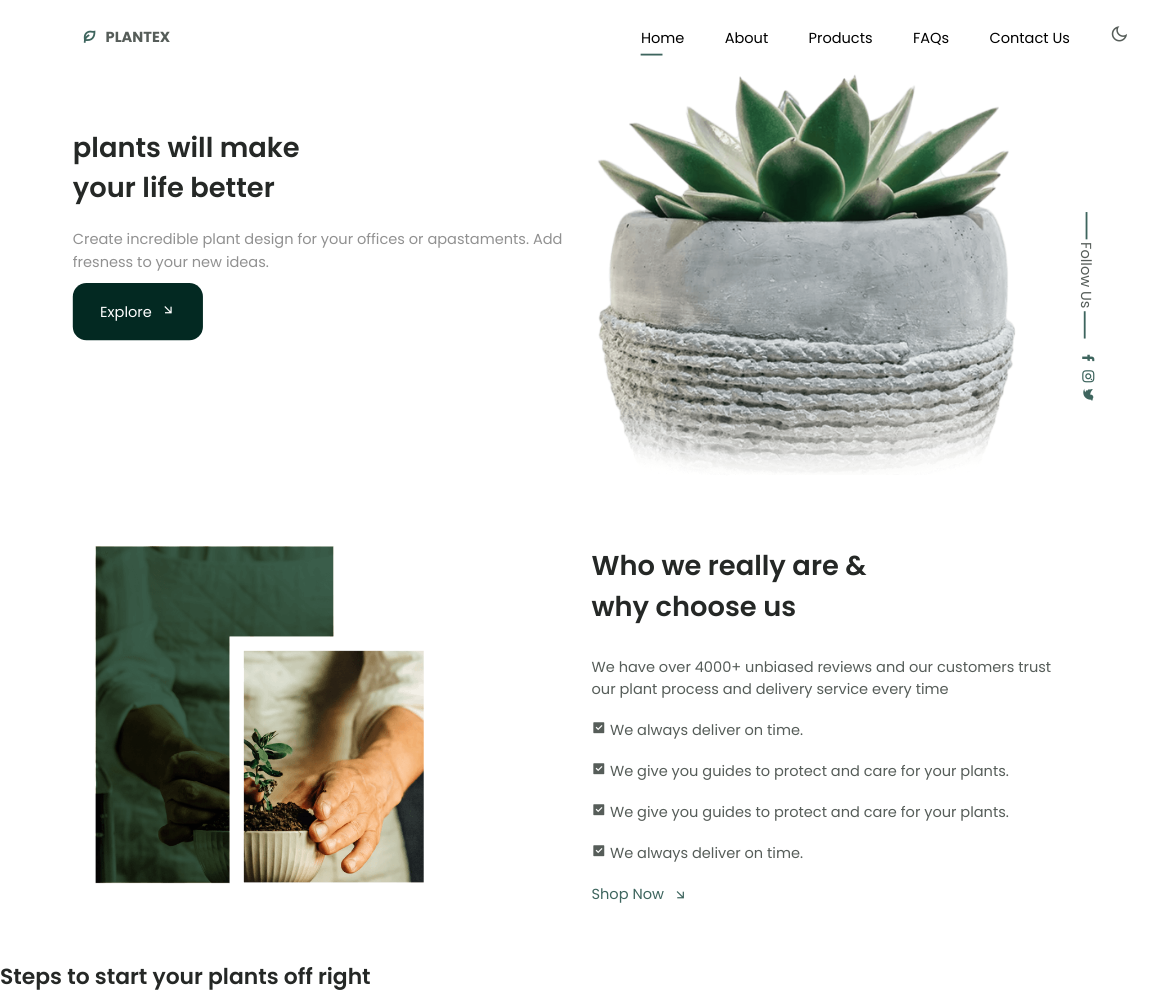
Repository: OmniaRafat232111121/plantwebsite
Page: index.html
These files come from the project's save history. The page is drawn as it stood at one moment and after the next save; the edit follows.
The browser window is 1280 px wide. The pictures show the whole page, at 91% of full size.

Above is the page before, as saved 2023-01-05 00:42:53.

### index.html
<!DOCTYPE html>
<html lang="en">
<head>
    <meta charset="UTF-8">
    <meta http-equiv="X-UA-Compatible" content="IE=edge">
    <meta name="viewport" content="width=device-width, initial-scale=1.0">
    <title>plant-website</title>
      <!--icon web-->
    <link rel="shortcut icon" href="assets/img/favicon.png" type="image/x-icon">
    <!--css style-->
    <link rel="stylesheet" href="./assets/css/styles.css">
    <!--remix icon-->
    <link href="https://cdn.jsdelivr.net/npm/remixicon@2.5.0/fonts/remixicon.css" rel="stylesheet">
</head>
<body>
<!--header-->
<header class="header" id="header">
<div class="container-header">
    <a class="nav_logo">
   <i class="ri-leaf-line nav_logo-icon "></i>Plantex
</a>

<nav class="nav_menu" id="nav_menu">
    <ul class="nav_list" id="nav_list">
        <li class="nav_item" id="nav_item">
                            <a href="#home" class="nav_link active-link">Home</a>
                        </li>
                        <li class="nav__item">
                            <a href="#about" class="nav_link">About</a>
                        </li>
                        <li class="nav__item">
                            <a href="#products" class="nav_link">Products</a>
                        </li>
                        <li class="nav__item">
                            <a href="#faqs" class="nav_link">FAQs</a>
                        </li>
                        <li class="nav__item">
                            <a href="#contact" class="nav_link">Contact Us</a>
                        </li>
                        <li class="mood">
       <i class= "ri-moon-line change-theme" id="theme-button"></i>

    </li>



    </ul>

    <div class="nav-close" id="nav_close">
        <i class="ri-close-line"></i>

    </div>
    <div  class="nav-btns">
   <i class= "ri-moon-line change-theme" id="theme-button"></i>
    <div class="nav-toggle" id="navToggle">
      <i class="ri-menu-line"></i>
    </div>
   </div>
    </div>
</nav>
</div>

</header>


    <!--home start-->
    <section class="home" id="home">
        <div class="home-container">
            <div class="left-content">
                <h1 class="home-title">plants will make <br>
                    your life better</h1>
                <p class="home-des">Create incredible plant design for your offices or apastaments. Add fresness to your new ideas.</p>
              <a>Explore<i class="ri-arrow-right-down-line button__icon"></i></a>
            </div>
            <div class="right-content">
            <img src="./assets/img/home.png" alt=""/>
            <div class=social_icons>
                 <span class="home__social-follow">Follow Us</span>

                        <div class="home__social-links">
                            <a href="https://www.facebook.com/" target="_blank" class="home__social-link">
                                <i class="ri-facebook-fill"></i>
                            </a>
                            <a href="https://www.instagram.com/" target="_blank" class="home__social-link">
                                <i class="ri-instagram-line"></i>
                            </a>
                            <a href="https://twitter.com/" target="_blank" class="home__social-link">
                                <i class="ri-twitter-fill"></i>
                            </a>
                        </div>

            </div>

        </div>

    </section>
 <!--home end-->
 <!--about start-->
 <section class="about" id="about">
    <div class="about-container">
        <div class="left-about">
          <img src="./assets/img/about.png" alt="image-about"/>
        </div>
        <div class="right-about">
            <h2 class="about-title">Who we really are &<br>why choose us</h2>
            <p class="about-desc">We have over 4000+ unbiased reviews and our customers trust our plant process and delivery service every time</p>
             <div class="about-deatails">
                <p class="about-description">
                      <i class="ri-checkbox-fill about__details-icon"></i>
                       We always deliver on time.
                </p>
                 <p class="about-description">
                      <i class="ri-checkbox-fill about__details-icon"></i>
                      We give you guides to protect and care for your plants.
                </p>

                 <p class="about-description">
                      <i class="ri-checkbox-fill about__details-icon"></i>
                      We give you guides to protect and care for your plants.
                </p>

                 <p class="about-description">
                      <i class="ri-checkbox-fill about__details-icon"></i>
                       We always deliver on time.
                </p>


             </div>
              <a href="#" class="button-link">
                            Shop Now <i class="ri-arrow-right-down-line button__icon"></i>
                        </a>
        </div>

    </div>

 </section>

 <!--about end-->
 <section class="steps">
    <div class="steps-container">
        <h2>Steps to start your
plants off right</h2>

    </div>

 </section>
   <script src="./assets/js/main.js"></script>
</body>
</html>

### assets/css/styles.css
/*=============== GOOGLE FONTS ===============*/
@import url('https://fonts.googleapis.com/css2?family=Poppins:wght@400;500;600;700&display=swap');

/*=============== VARIABLES CSS ===============*/
:root {
  --header-height: 3.5rem; /*56px*/

  /*========== Colors ==========*/
  /*Color mode HSL(hue, saturation, lightness)*/
  --black:#000;
  --green:#3e655e;
  --bold-green:#032922;
  --hue: 152;
  --first-color: hsl(var(--hue), 24%, 32%);
  --first-color-alt: hsl(var(--hue), 24%, 28%);
  --first-color-light: hsl(var(--hue), 24%, 66%);
  --first-color-lighten: hsl(var(--hue), 24%, 92%);
  --title-color: hsl(var(--hue), 4%, 15%);
  --text-color: hsl(var(--hue), 4%, 35%);
  --text-color-light: hsl(var(--hue), 4%, 55%);
  --body-color: hsl(var(--hue), 0%, 100%);
  --container-color: #FFF;

  /*========== Font and typography ==========*/
  /*.5rem = 8px | 1rem = 16px ...*/
  --body-font: 'Poppins', sans-serif;
  --big-font-size: 2rem;
  --h1-font-size: 1.5rem;
  --h2-font-size: 1.25rem;
  --h3-font-size: 1rem;
  --normal-font-size: .938rem;
  --small-font-size: .813rem;
  --smaller-font-size: .75rem;

  /*========== Font weight ==========*/
  --font-medium: 500;
  --font-semi-bold: 600;

  /*========== Margenes Bottom ==========*/
  /*.5rem = 8px | 1rem = 16px ...*/
  --mb-0-5: .5rem;
  --mb-0-75: .75rem;
  --mb-1: 1rem;
  --mb-1-5: 1.5rem;
  --mb-2: 2rem;
  --mb-2-5: 2.5rem;

  /*========== z index ==========*/
  --z-tooltip: 10;
  --z-fixed: 100;
}

/* Responsive typography */
@media screen and (min-width: 968px) {
  :root {
    --big-font-size: 3.5rem;
    --h1-font-size: 2.25rem;
    --h2-font-size: 1.5rem;
    --h3-font-size: 1.25rem;
    --normal-font-size: 1rem;
    --small-font-size: .875rem;
    --smaller-font-size: .813rem;
  }
}

/*=============== BASE ===============*/
*{
  box-sizing: border-box;
  padding: 0;
  margin: 0;
}

html{
  scroll-behavior: smooth;
}

body,
button,
input,
textarea{
  font-family: var(--body-font);
  font-size: var(--normal-font-size);
}

body{
  margin: var(--header-height) 0 0 0;
  background-color: var(--body-color);
  color: var(--text-color);
  transition: .4s; /*For animation dark mode*/
}

button{
  cursor: pointer;
  border: none;
  outline: none;
}

h1,h2,h3{
  color: var(--title-color);
  font-weight: var(--font-semi-bold);
}

ul{
  list-style: none;
}

a{
  text-decoration: none;
}

img{
  max-width: 100%;
  height: auto;
}
/*========== resuable component ==========*/



/*========Header========*/
 header{
  background-color: #fff;
  position: fixed;
  top:0;
  left:0;
  width:100%;
  z-index:1000;
  transition: 0.3s;
}
.container-header{
  display:flex;
  align-items: center;
  justify-content: space-between;
  height:var(--header-height);
  padding:40px;
}
.nav_menu{

}
.nav_logo{
  text-transform: uppercase;
  display:inline-flex;
  align-items: center;
  column-gap: 10px;
  font-weight: bold;
  margin-left: 50px;
  cursor: pointer;
}
.nav_logo:hover{
  color:var(--green);
}
.nav_logo-icon{
   color:var(--green);
}
.nav_logo i:hover{
  color:var(--black);
}
nav ul li {
  display: inline-block;
  cursor: pointer;
  margin-left: 40px;
}
nav ul li a{
  color:var(--black);


}
.nav-btns{
  display: none;
}
.mood{
  margin-left: 40px;
  font-size: 20px;

}

.nav-close
{

  font-size: 1.5rem;
  position: relative;
  top: 70px;
  right: 1.25rem;
  cursor: pointer;
  display: none;


}

.nav-btns{
  font-size: 20px;
  cursor: pointer;
}
.active-link{
  position: relative;
  color: var(--black);
}
.active-link::after{
  content: '';
  position: absolute;
  bottom: -8px;
  left: 0;
  width: 50%;
  height: 2px;
  background-color: var(--green);
}
.nav_link:hover{
 color: var(--green);
 transition: 0.3s;
}
@media screen and (max-width: 767px){
.nav_list{
display: none;
}
.nav_logo{
  margin-left: -10px;
}

.nav-btns{
  display:inline-flex;
  align-items: center;
  column-gap: 20px;
  font-weight: bold;
  margin-right: -10px;
  cursor: pointer;
}

  .show-menu{

     position: fixed;
    background-color:#fff;
    width: 100%;
    height: 50%;
    top: 80px;
    right: 0px;
    transition: .3s;
    z-index: 1000;
    display:grid;
    justify-content: center;
    text-align: center;

 padding: 10px;




  }
  .show-menu {

  }
  .show-menu .mood .ri-moon-line{
    display: none;
  }




}

/*=====home======*/
.home{
  padding: 0 80px;
  position:relative;

}
.home-container{
display:grid;
grid-template-columns: repeat(auto-fit, minmax(250px, 1fr));
grid-gap:30px;
margin-top: 70px;

}
.home-container .left-content{
  margin-top: 70px;
}
.home-container .left-content .home-title{
  font-size: 30px;
}
.home-container .left-content .home-des{
  color:rgb(145, 145, 145);
  margin-top: 20px;
  margin-bottom: 30px;
}
.home-container .left-content a{
  background-color: var(--bold-green);
  color:#fff;
  padding:20px 30px;
  border-radius: 15px;

}
.home-container .left-content  i{
  margin-left: 10px;
}
.right-content img{
  max-width: 100%;
  width:85%;
  justify-self: center;
}

.social_icons{
  position: absolute;
  top: 220px;
  right: 50px;
  display: grid;
  justify-items: center;
  row-gap: 3.5rem;

}
.home__social-links {
  margin-top: 30px;

}
.home__social-links a{
 color:var(--green);
}
.home__social-links a:hover{
color:var(--black);
}
.home__social-follow{
  position:relative;
  transform: rotate(90deg);
}
.home__social-follow::before{
content: '';
  position: absolute;
  width: 30px;
  height: 2px;
  background-color: var(--green);
  right: -45%;
  top: 50%;
}
.home__social-follow::after{
content: '';
  position: absolute;
  width: 30px;
  height: 2px;
  background-color: var(--green);
  left: -45%;
  bottom: 50%;
}
.home__social-links{
    transform: rotate(90deg);
}
.left-content a:hover{
  background-color:#032922;
  color: #fff;
  cursor: pointer;

}
/*======about=======*/
.about{
  position: relative;
  padding:60px 100px;
}
.about-container{
  display:grid;
grid-template-columns: repeat(auto-fit, minmax(300px, 1fr));
grid-gap:20px;

}
.about-container .left-about img{
  max-width: 100%;
  width:70%;
}
.about-container .right-about .about-title{
  font-size: 30px;
  margin-bottom: 30px;

}
.about-container .right-about .about-desc{
  margin-bottom:20px;

}
.about-container .right-about .about-deatails .about-description{
  padding-bottom: 20px;
}
.about-container .button-link{
  color:var(--green);

}
.about-container .button-link{
  display:inline-flex;
  align-items: center;
  column-gap: 10px;

 color:var(--green);
  cursor: pointer;
}
.about-container .button-link:hover i{

color: var(--bold-green);

}
@media(max-width:767px){
  .right-about.about-title h2{
    font-size: 10px;

  }
  .right-about{
    font-size: 16px;

  }
  .about-container{
    margin-top: 30px;
  }
}
/*=======change-header========*/
.change-header{
  background-color: #3e655e;
  color:#fff;
}
.change-header .nav_logo i{
  color:#fff;
}
.change-header .nav_logo:hover{
  color:var(--bold-green);
}
.change-header .nav_link:hover{
  color:#fff;
}

### assets/js/main.js
let navMenu = document.getElementById('nav_menu');
let navList = document.getElementById('nav_list');
let navItem = document.getElementById('nav ul li');
let closeButton = document.getElementById('nav_close');
let navToggle = document.getElementById('navToggle');
const header = document.getElementById('header');
navToggle.addEventListener('click', function () {
    navList.classList.toggle('show-menu');


})
/*change background header*/
window.addEventListener('scroll', function () {
   header.classList.toggle("change-header",window.scrollY > 40)
})

After the next save:
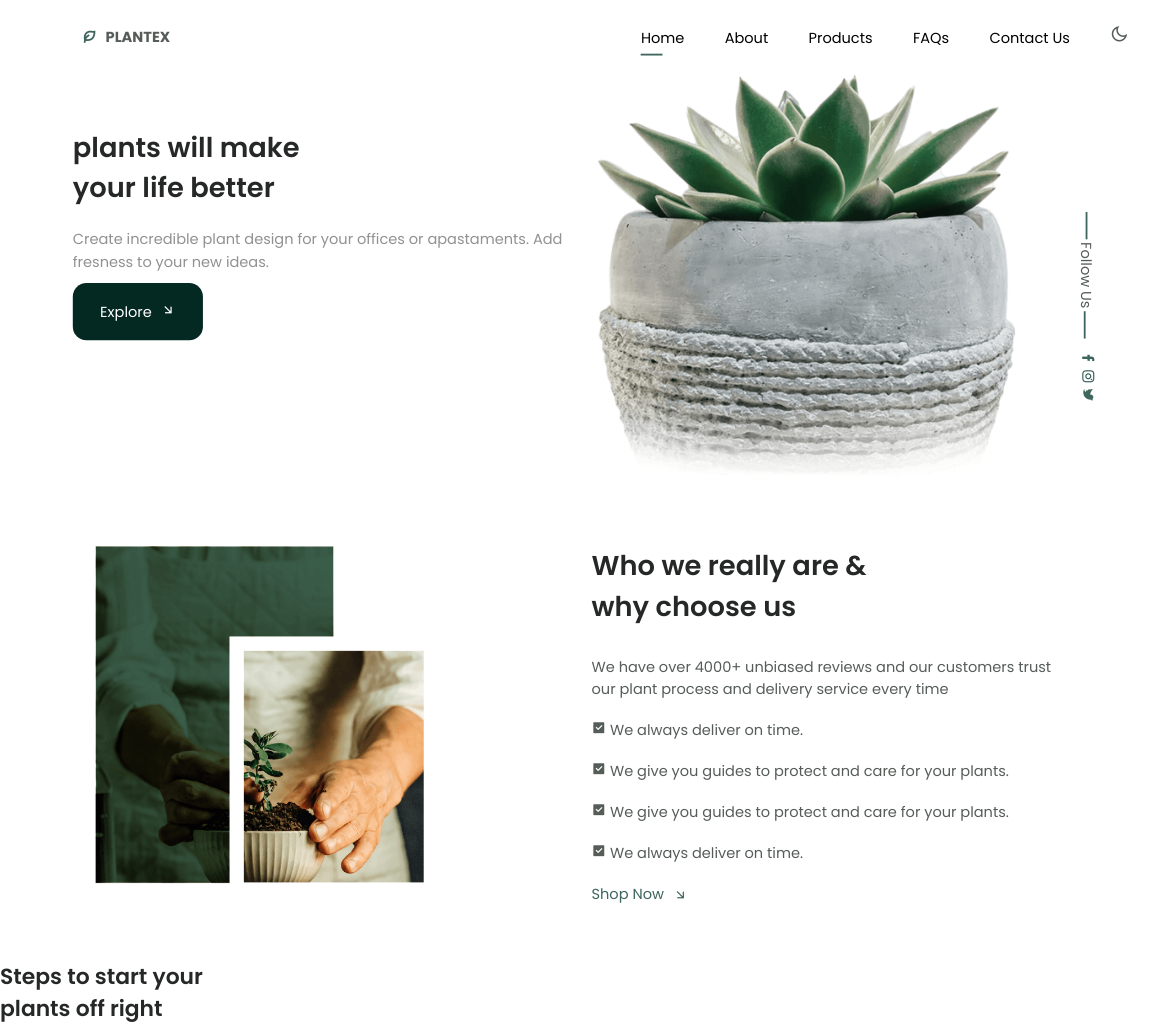
Saved 4 s later.
--- a/index.html
+++ b/index.html
@@ -138,7 +138,8 @@
  <!--about end-->
  <section class="steps">
     <div class="steps-container">
-        <h2>Steps to start your
+        <h2>Steps to start your<br>
+
 plants off right</h2>
 
     </div>
